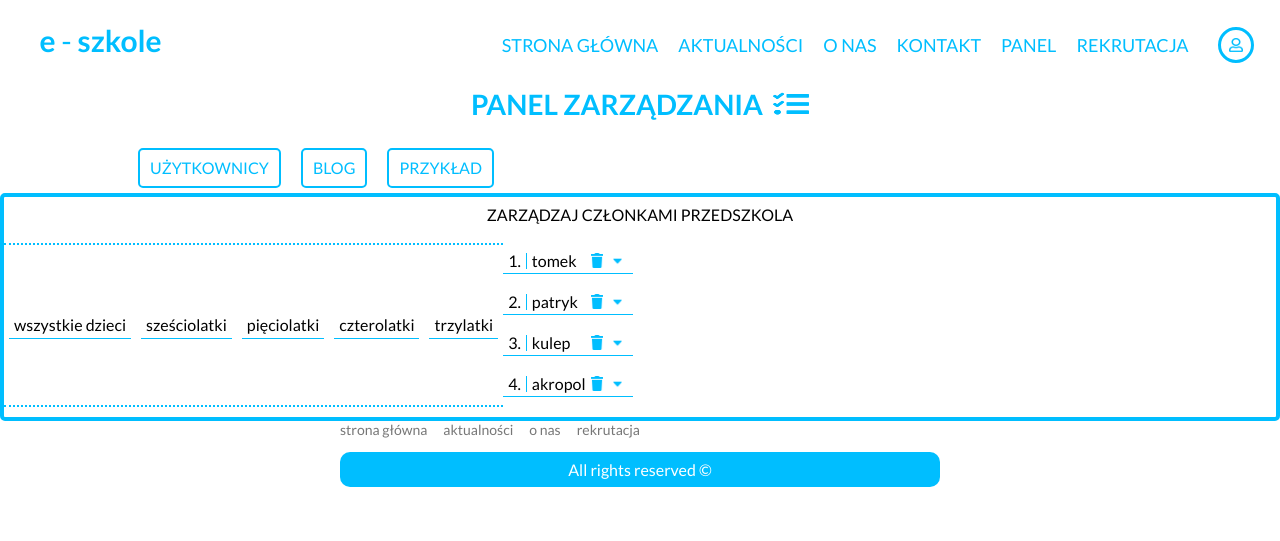
Repository: Votex874/e-szkole
Page: /panel (app in app/)
These files come from the project's save history. The page is drawn as it stood at one moment and after the next save; the edit follows.
The browser window is 1280 px wide. The pictures show the whole page.
The project was rebuilt for these pictures with package versions that can differ from the ones it lists, and the page was loaded fresh each time. Also part of the build but not shown: app/src/components/News/Title/index.js, app/src/components/News/Content/index.js, app/src/components/News/Avatar/index.js, app/src/components/News/Footer/index.js, app/src/components/News/index.js, app/src/components/AboutUs/Content/index.js, app/src/components/AboutUs/index.js, app/src/components/Graduates/ListItem/index.js and 26 more.

Above is the page before, as saved 2019-04-04 09:35:50.

### app/src/index.js
import React from 'react';
import ReactDOM from 'react-dom';
import App from './App';
import * as serviceWorker from './serviceWorker';
import { createStore } from 'redux';
import { Provider } from 'react-redux';
import rootReducer from './reducers/rootReducer'

const store = createStore(rootReducer);

ReactDOM.render(<Provider store={store}><App /></Provider>, document.getElementById('root'));

// If you want your app to work offline and load faster, you can change
// unregister() to register() below. Note this comes with some pitfalls.
// Learn more about service workers: http://bit.ly/CRA-PWA
serviceWorker.unregister();

### app/src/App.js
import React, { Component } from 'react';
import { Route, BrowserRouter, Switch } from 'react-router-dom'
import './reset.scss'

import Home from './containers/Home/index'
import Login from './containers/Login/index'
import Contact from './containers/Contact/index'
import News from './containers/News/index'
import About from './containers/About/index'
import Recruitment from './containers/Recruitment/index'
import Panel from './containers/Panel/index'

class App extends Component {
  render() {
    return (
      <BrowserRouter>
        <Switch>
          <Route exact path='/' component={Home} />
          <Route path='/login' component={Login} />
          <Route path='/kontakt' component={Contact} />
          <Route path='/blog' component={News} />
          <Route path='/o-nas' component={About} />
          <Route path='/rekrutacja' component={Recruitment} />
          <Route path='/panel' component={Panel} />
        </Switch>
      </BrowserRouter>
    );
  }
}

export default App;

### app/src/reset.scss
html, body, div, span, applet, object, iframe,
h1, h2, h3, h4, h5, h6, p, blockquote, pre,
a, abbr, acronym, address, big, cite, code,
del, dfn, em, img, ins, kbd, q, s, samp,
small, strike, strong, sub, sup, tt, var,
b, u, i, center,
dl, dt, dd, ol, ul, li,
fieldset, form, label, legend,
table, caption, tbody, tfoot, thead, tr, th, td,
article, aside, canvas, details, embed,
figure, figcaption, footer, header, hgroup,
menu, nav, output, ruby, section, summary,
time, mark, audio, video {
	margin: 0;
	padding: 0;
	border: 0;
	font-size: 100%;
	font: inherit;
	vertical-align: baseline;
}
/* HTML5 display-role reset for older browsers */
article, aside, details, figcaption, figure,
footer, header, hgroup, menu, nav, section {
	display: block;
}
body {
	line-height: 1;
}
ol, ul {
	list-style: none;
}
blockquote, q {
	quotes: none;
}
blockquote:before, blockquote:after,
q:before, q:after {
	content: '';
	content: none;
}
table {
	border-collapse: collapse;
	border-spacing: 0;
}
@import url('https://fonts.googleapis.com/css?family=Lato:300,300i,400,400i,700&amp;subset=latin-ext');

 body {
	font-family: 'Lato', sans-serif;
 }

 a{
	 text-decoration: none;
 }

### app/src/containers/Panel/index.js
import React, { Component } from 'react'
import styled from 'styled-components'

import HeaderMain from '../../components/HeaderMain/index'
import Footer from '../../components/Footer/index'
import PanelManagement from '../../components/PanelManagement/index'

class Panel extends Component{
  render(){
    return (
      <React.Fragment>
        <HeaderMain />
        <PanelManagement />
        <Footer />
      </React.Fragment>
    )
  }
}

export default Panel

### app/src/components/HeaderMain/index.js
import React, { Component } from 'react';
import styled from 'styled-components'
import Logo from '../Logo/index'
import Navigation from '../Nav/index'
import Hamburger from '../Hamburger/index'

const Header = styled.header`
 max-width: 1400px;
 height: 100px;
 margin: 0 auto;
 display: flex;
 justify-content: space-between;
 align-items: center;
 box-sizing: border-box;
 margin-top: 15px;
 @media (max-width: 1400px){
   width: 96%;
   height: 50px;
   align-items: center;
 }
`

class HeaderMain extends Component {
  constructor(props){
    super(props)

    this.state = {
      width: 0
    }
  }

  componentDidMount = () => {
    this.updateWindowDimensions();
    window.addEventListener('resize', this.updateWindowDimensions);
  }

  componentWillUnmount = () => {
    window.removeEventListener('resize', this.updateWindowDimensions);
  }

  updateWindowDimensions = () => {
    this.setState({ width: window.innerWidth });
  }

  render() {
    const { width } = this.state;
    return (
      <Header>
        <Logo />
        { width <= 767 ? <Hamburger /> : <Navigation /> }
      </Header>
    );
  }
}

export default HeaderMain;

### app/src/components/Footer/index.js
import React, { Component } from 'react'
import styled from 'styled-components'
import FooterNav from './FooterNav/index'
import { lightBlue } from '../../constColors'

const FooterContainer = styled.footer`
  width: 600px;
  margin: 0 auto;
  @media (max-width: 767px){
    width: 100%;
  }
`

const FooterBanner = styled.div`
  background-color: ${lightBlue};
  display: flex;
  justify-content: center;
  align-items: center;
  color: #fff;
  margin: 15px auto;
  height: 35px;
  border-radius: 10px;
  @media (max-width: 767px){
    width: 100%;
    border-radius: 0;
  }
`

class Footer extends Component {
  render(){
    return (
      <FooterContainer>
        <FooterNav />
        <FooterBanner>All rights reserved &copy; </FooterBanner>
      </FooterContainer>
    )
  }
}


export default Footer

### app/src/components/PanelManagement/index.js
import React, { Component } from 'react'

import PanelOptions from '../PanelOptions/index'

class PanelManagement extends Component {
  render(){
    return (
      <React.Fragment>
        <PanelOptions />
      </React.Fragment>
    )
  }
}

export default PanelManagement

### app/src/components/Logo/index.js
import React, { Component } from 'react';
import styled from 'styled-components'
import { shineOnHover, lightBlue } from '../../constColors'
import { Link } from 'react-router-dom'

const Alink = styled.span`
  display: flex;
  flex-direction: column;
  justify-content: center;
  align-items: center;
  width: 225px;
  padding: 0 10px;
  text-decoration: none;
  font-size: 50px;
  @media (max-width: 767px) {
    width: 150px;
    height: auto;
    font-size: 28px;
    align-items: flex-start;
    justify-content: flex-start;
    padding: 0;
  }
  @media (min-width: 768px) and (max-width: 1400px) {
    width: 150px;
    font-size: 30px;
    padding: 0;
  }
  @media (min-width: 1401px){
    ${shineOnHover}
  }
`
const Span = styled.h1`
  color: ${lightBlue};
  transition: .2s;
`
const Bold = styled.b`
  font-weight: bold;
`

class Logo extends Component {
  constructor(props){
    super(props)

    this.state = {
      logoLink: '/'
    }
  }
  render() {
    const { logoLink } = this.state;
    return (
      <Link to={logoLink}>
        <Alink>
          <Span id='logo' className="logo2"><Bold>e</Bold> - <Bold>szkole</Bold></Span>
        </Alink>
      </Link>
    );
  }
}

export default Logo;

### app/src/components/Nav/index.js
import React, { Component } from 'react';
import { connect } from 'react-redux'
import styled from 'styled-components'
import SingleLink from './Link/index'
import LoginButton from './../LoginButton/index';


const Nav = styled.nav`
  display: flex;
  margin: 10px 20px 0 auto;
  @media (max-width: 767px){
    flex-direction: column;
    margin: 120px 0 0 0;
  }
`

class Navigation extends Component {

  render() {
    const { links } = this.props;
    let listOfLinks = [];
    let i = 0;
    for (const key of Object.keys(links)) {
      // console.log(key, links[key]);
      listOfLinks[i] = <SingleLink data={links[key]} key={key} />
      i++;
    }
    return (
      <React.Fragment>
        <Nav>
          {listOfLinks}
        </Nav>
        <LoginButton />
      </React.Fragment>
    );
  }
}

const mapStateToProps = (state) => {
  return {
    links: state.links
  }
}

export default connect(mapStateToProps)(Navigation);

### app/src/components/Hamburger/index.js
import React, { Component } from 'react';
import styled from 'styled-components'
import hamburgerImg from '../../images/icons/hamburger.png'
import times from '../../images/icons/times.png'
import Navigation from '../Nav/index'

const Hamburger = styled.div`
  width: 40px;
  height: 40px;
`

const HamburgerImg = styled.img`
  width: 100%;
  height: 100%;
  opacity: 1;
  transition: .4s;
  position: relative;
  z-index: 10;
`

const MobileContainer = styled.div`
  position: absolute;
  display: flex;
  flex-direction: column-reverse;
  top: 0;
  left: 0;
  width: 100vw;
  height: 100vh;
  background-color: #fff;
  opacity: .9;
  z-index: 1;
  transition: .3s;
`

class Hambuger extends Component {
  constructor(props){
    super(props)

    this.body = document.querySelector('body');

    this.state = {
      imgAlt: 'hamburgerMenuIcon',
      imgSrc: hamburgerImg,
      fade: 1,
      displayMobile: 'none'
    }
  }

  handleHamburger = () => {
    const { imgSrc } = this.state;
    setTimeout( () => {
      if (imgSrc !== hamburgerImg) {
        this.body.style.overflow = "auto";
        this.setState({
          imgSrc: hamburgerImg,
          displayMobile: 'none',
          fade: 1
        })
      } else {
        this.body.style.overflow = "hidden";
        this.setState({
          imgSrc: times,
          displayMobile: 'block',
          fade: 1
        })
      }
    }, 400)
    this.setState({
      fade: 0
    })
  }

  render() {
    const { imgAlt, imgSrc, fade, displayMobile } = this.state
    return (
      <Hamburger>
        <HamburgerImg style={{opacity: fade}} src={imgSrc} alt={imgAlt} onClick={this.handleHamburger}/>
        <MobileContainer style={{display: displayMobile}}>
          <Navigation />
        </MobileContainer>
      </Hamburger>
    );
  }
}


export default Hambuger;

### app/src/components/SectionTitle/index.js
import React from 'react'
import styled from 'styled-components'
import { lightBlue } from '../../constColors'

const HeaderTitle = styled.h2`
  color: ${lightBlue};
  font-size: 32px;
  text-transform: uppercase;
  font-weight: bold;
  text-align: center;
  @media (max-width: 767px){
    font-size: 22px;
  }
  @media (min-width: 768px) and (max-width: 1400px){
    font-size: 28px;
  }
`
const HeaderImg = styled.img`
  width: 40px;
  height: 30px;
  margin-left: 10px;
  @media(max-width: 767px){
    width: 30px;
    height: 20px;
  }
  @media (min-width: 768px) and (max-width: 1400px){
    width: 36px;
    height: 26px;
  }
`

const Header = styled.header`
  display: flex;
  justify-content: center;
  align-items: center;
  width: 90%;
  margin: 25px auto;
`

const SectionTitle = ({ title, img }) => {
  return (
    <Header>
      <HeaderTitle>{title}</HeaderTitle>
      <HeaderImg src={img} alt="ikona zespolu"/>
    </Header>
  )
}


export default SectionTitle;

### app/src/components/Footer/FooterNav/index.js
import React, { Component } from 'react'
import styled from 'styled-components'
import NavLink from './NavLink/index'
import { connect } from 'react-redux'

const NavContainer = styled.nav`
  display: flex;
  justify-content: space-between;
  width: 50%;
  @media (max-width: 767px){
    width: 90%;
    margin: 0 auto;
  }
`

class FooterNav extends Component {
  constructor(props){
    super(props)

    this.state = {
      nav: []
    }
  }
  componentDidMount = () => {
    const { links } = this.props
    let listOfNavs = [];
    let i = 0;
    for (const key of Object.keys(links)) {
      if(links[key].basic === 'true'){
        listOfNavs[i] =
          <NavLink name={links[key].name} url={links[key].url} key={key} />
        i++;
      }
    }
    this.setState({
      nav: listOfNavs
    })
  }

  render(){
    const { nav } = this.state;
    return(
      <NavContainer>
        {nav}
      </NavContainer>
    )
  }
}

const mapStateToProps = (state) => {
  return {
    links: state.links
  }
}

export default connect(mapStateToProps)(FooterNav);

### app/src/constColors.js
const brown = '#BF5000';
const greenDark = '#008723';
const greenLight = '#34BD56';
const lightBlue = '#00BEFF';
const turquoise = '#fff';
const darkBlue = '#0057AE';

const shineOnHover = `
position: relative;
    overflow: hidden;
    display: inline-block;
    border-radius: 5px;
    text-align: center;
    line-height: 50px;

  &:after {
    content: "";
    position: absolute;
    top: -110%;
    left: -210%;
    width: 200%;
    height: 200%;
    opacity: 0;
    /* transform: rotate(30deg); */

    background: rgba(0, 190, 255, 0.13);
    background: linear-gradient(
      to right,
      rgba(0, 190, 255, 0.13) 0%,
      rgba(0, 190, 255, 0.13) 77%,
      rgba(0, 190, 255, 0.5) 92%,
      rgba(0, 190, 255, 0.0) 100%
    );
  }

  &:hover:after {
    opacity: 1;
    top: -30%;
    left: -30%;
    transition-property: left, top, opacity;
    transition-duration: 0.7s, 0.7s, 0.15s;
    transition-timing-function: ease;
  }


  &:active:after {
    opacity: 0;
  }
`

export { brown, greenLight, greenDark, lightBlue, shineOnHover, turquoise, darkBlue }

### app/src/components/PanelOptions/index.js
import React, { Component } from 'react'
import styled from 'styled-components'

import PanelItem from './PanelItem/index'
import SectionTitle from '../SectionTitle'
import TaskImg from '../../images/icons/tasks.png'
import Users from './Users/index'
import { lightBlue } from '../../constColors';

const OptionsList = styled.ul`
  width: 1200px;
  margin: 0 auto;
  display: flex;
  justify-content: flex-start;
  align-items: center;
  flex-wrap: wrap;
  @media (max-width: 767px){
    width: 90%;
  }
  @media (min-width: 768px) and (max-width: 1400px){
    width: 80%;
  }
`

const ChoosenOption = styled.div`
  border: 4px solid ${lightBlue};
  border-radius: 5px;
  margin: 0 auto;
  @media(max-width: 767px){
    width: 90%;
  }
`

class PanelOptions extends Component{
  constructor(props){
    super(props)

    this.state = {
      list: ['użytkownicy', 'blog', 'przykład'],
      users: <Users />
    }
  }

  handleClick = (id) => {
    console.log(id, 'id')
  }

  render(){
    return (
      <React.Fragment>
        <SectionTitle title="Panel Zarządzania" img={TaskImg} />
        <OptionsList>
          {this.state.list.map((e,i) => {
            return <PanelItem id={i} handleClick={this.handleClick} key={i} content={e} />
          })}
        </OptionsList>
        <ChoosenOption>
          {this.state.users}
        </ChoosenOption>
      </React.Fragment>
    )
  }
}

export default PanelOptions

### app/src/components/Nav/Link/index.js
import React from 'react';
import styled from 'styled-components'
import { shineOnHover, lightBlue } from '../../../constColors'
import { Link } from 'react-router-dom'

const Alink = styled.span`
  text-decoration: none;
  color: ${lightBlue};
  margin: 10px 0;
  padding: 0 12px;
  font-size: 20px;
  text-transform: uppercase;
  text-align: center;

  @media (max-width: 767px){
    font-size: 24px;
    display: flex;
    justify-content: center;
    align-items: center;
  }
  @media (min-width: 768px) and (max-width: 1050px){
    font-size: 14px;
    margin: 10px 0;
    padding: 4px;
  }
  @media (min-width: 1051px) and (max-width: 1400px){
    font-size: 18px;
    margin: 10px 0;
    padding: 0 10px;
  }
  @media (min-width: 1401px){
    ${shineOnHover}
}
`

const SingleLink = ({ data }) => {
  const handleClick = () => {
    document.querySelector('body').style.overflow = "auto";
  }
  return (
    <Link onClick={handleClick} to={data.url}>
      <Alink>
        {data.name}
      </Alink>
    </Link>
  )
}

export default SingleLink;

### app/src/components/LoginButton/index.js
import React, { Component } from 'react';
import styled from 'styled-components'
import imgUser from '../../images/icons/loginUser.png'
import { shineOnHover, lightBlue } from '../../constColors'
import { Link } from 'react-router-dom'

const ButtonAlink = styled.span`
  width: 160px;
  height: 30px;
  font-size: 14px;
  text-transform: uppercase;
  font-weight: bold;
  text-decoration: none;
  display: flex;
  justify-content: center;
  align-items: center;
  border-radius: 20px;
  border: 3px solid ${lightBlue};
  margin-top: 10px;
  @media (max-width: 767px){
    position: absolute;
    top: 15px;
    left: 10px;
    width: 220px;
    height: 40px;
    font-size: 24px;
  }
  @media (min-width: 768px) and (max-width: 1400px){
    width: 30px;
  }
  @media (min-width: 1401px){
    ${shineOnHover}
    border-radius: 20px;
    line-height: normal;
    display: flex;
  }
`

const IconImg = styled.img`
  background-position: center;
  background-size: cover;
  background-repeat: no-repeat;
  margin-left: 15px;
  width: 14px;
  height: 14px;
  @media (max-width: 767px){
    width: 26px;
    height: 26px;
  }
  @media (min-width: 768px) and (max-width: 1400px){
    margin-left: 0;
  }
`
const SpanText = styled.span`
  color: ${lightBlue};
  @media (min-width: 768px) and (max-width: 1400px){
    display: none;
  }
`

class LoginButton extends Component {
  constructor(props){
    super(props)

    this.state = {
      loginLink: '/login'
    }
  }

  handleEnableScroll = () => {
    document.querySelector('body').style.overflow = "auto";
  }

  render() {
    const { loginLink } = this.state;
    return (
      <Link onClick={this.handleEnableScroll} to={loginLink} >
        <ButtonAlink>
          <SpanText>zaloguj się</SpanText>
          <IconImg src={imgUser} />
        </ButtonAlink>
      </Link>
    );
  }
}

export default LoginButton;

### app/src/components/Footer/FooterNav/NavLink/index.js
import React from 'react'
import styled from 'styled-components'
import { Link } from 'react-router-dom'

const Alink = styled.span`
  text-decoration: none;
  font-size: 14px;
  color: #777;
  @media (max-width: 767px){
    font-size: 12px;
  }
  @media (min-width: 768px) and (max-width: 1400px){
    font-size: 14px;
  }
`


const NavLink = ({ name, url }) => {
  return (
    <Link to={url}>
      <Alink>{name}</Alink>
    </Link>
  )
}

export default NavLink

### app/src/components/PanelOptions/PanelItem/index.js
import React, { Component } from 'react'
import styled from 'styled-components'

import { lightBlue } from '../../../constColors'

const SingleItem = styled.li`
  color: ${lightBlue};
  text-transform: uppercase;
  margin: 5px 10px;
  padding: 10px;
  border: 2px solid ${lightBlue};
  border-radius: 5px;
  @media (max-width: 767px){
    font-size: 12px;
    padding: 5px;
  }
  @media(min-width: 1400px){
    &:hover{
      color: #fff;
      background-color: ${lightBlue};
    }
  }
`

class PanelItem extends Component{

  handleClick = (id) => {
    if (typeof this.props.handleClick === 'function'){
      this.props.handleClick(id)
    }
  }

  render(){
    const { content, id } = this.props
    return (
      <React.Fragment>
        <SingleItem onClick={() => this.handleClick(id)}>{content}</SingleItem>
      </React.Fragment>
    )
  }
}

export default PanelItem

### app/src/components/PanelOptions/Users/index.js
import React, { Component } from 'react'
import styled from 'styled-components'
import { lightBlue } from '../../../constColors';

import SidebarMenuItem from '../Item/index'
import ArrowHide from '../../../images/icons/arrow-hide.png'
import ArrowShow from '../../../images/icons/arrow-show.png'
import Trash from '../../../images/icons/trash.png'

const Title = styled.h2`
  text-transform: uppercase;
  font-size: 120%;
  margin: 10px 0 10px 0;
  @media(max-width: 767px){
    font-size: 90%;
    text-align: center;
  }
  @media (min-width: 768px) and (max-width: 1399px){
    font-size: 100%;
    text-align: center;
  }

`

const UsersList = styled.ul`

`

const UserItem = styled.li`
  border-bottom: 1px solid ${lightBlue};
  padding-bottom: 4px;
  margin: 10px 0;
  display: flex;
  flex-direction: column;
  @media (min-width: 768px) and (max-width: 1399px){
    margin: 20px 0;
  }
`

const Icons = styled.div`
  cursor: pointer;
  @media (max-width: 767px){
    width: 12px;
    height: 15px;
    display: flex;
    margin: 0 35px 0 auto;
  }
  @media (min-width: 768px) and (max-width: 1399px){
    width: 12px;
    height: 15px;
    display: flex;
    margin: 0 35px 0 auto;
  }
`

const Img = styled.img`
  width: 100%;
  height: 100%;
  margin: 0 5px;
`

const Id = styled.p`
  border-right: 1px solid ${lightBlue};
  padding: 0 5px;
  margin-right: 5px;
`

const MoreInfo = styled.p`
	height: 0px;
  visibility: hidden;
  transition: .5s;
  width: 0px;
`

const ContainerUserInfo = styled.div`
  display: flex;
`
const MainContainer = styled.div`
  display: flex;
  flex-direction: row;
  @media (max-width: 767px){
    flex-direction: column;
  }
  @media (min-width: 768px) and (max-width: 1399px){

  }
`

const UserName = styled.span`
`

const SidebarMenu = styled.div`
  display: flex;
  justify-content: center;
  align-items: center;
  flex-wrap: wrap;
  margin: 10px 0;
  @media (max-width: 767px){
    border-top: 2px dotted ${lightBlue};
    border-bottom: 2px dotted ${lightBlue};
    padding: 10px 0;
  }
  @media (min-width: 768px) and (max-width: 1399px){
    border-top: 2px dotted ${lightBlue};
    border-bottom: 2px dotted ${lightBlue};
    padding: 20px 0;
  }
`

class Users extends Component{
  constructor(props){
    super(props)

    this.state = {
      sidebarItems: ['wszystkie dzieci', 'sześciolatki', 'pięciolatki', 'czterolatki', 'trzylatki'],
      users: ['tomek', 'patryk', 'kulep', 'akropol'],
      usersArray: []
    }
  }

  componentDidMount = () => {
    const { users } = this.state
    const usersList = users.map((e, i) => {
      return (
        <UserItem key={i}>
          <ContainerUserInfo>
            <Id>{i + 1}.</Id>
            <UserName>{e}</UserName>
            <Icons><Img src={Trash} /> <Img onClick={() => this.handleShowMoreInfo(i, e)} src={ArrowShow} /></Icons>
          </ContainerUserInfo>
          <MoreInfo>3213213</MoreInfo>
        </UserItem>
      )
    })
    this.setState({
      usersArray: usersList
    })
  }

  handleShowMoreInfo = (id, name) => {
    const { usersArray } = this.state
    const arrayHandler = [...usersArray];

    arrayHandler[id] = <UserItem key={id}>
      <ContainerUserInfo>
        <Id>{id + 1}.</Id>
        <UserName>{name}</UserName>
        <Icons><Img src={Trash} /> <Img onClick={() => this.handleHideMoreInfo(id, name)} src={ArrowHide} /></Icons>
      </ContainerUserInfo>
      <MoreInfo>3213213</MoreInfo>
    </UserItem>

    this.setState({
      usersArray: arrayHandler
    })

    const styleSlideUp = {
      height: 200,
      visibility: "visible",
      width: 'auto'
    }

    setTimeout(() => {
      arrayHandler[id] = <UserItem key={id}>
        <ContainerUserInfo>
          <Id>{id + 1}.</Id>
          <UserName>{name}</UserName>
          <Icons><Img src={Trash} /> <Img onClick={() => this.handleHideMoreInfo(id, name)} src={ArrowHide} /></Icons>
        </ContainerUserInfo>
        <MoreInfo style={ styleSlideUp }>3213213</MoreInfo>
      </UserItem>
      this.setState({
        usersArray: arrayHandler
      })
    }, 100)
  }

  handleHideMoreInfo = (id, name) => {
    const { usersArray } = this.state
    const arrayHandler = [...usersArray];

    arrayHandler[id] = <UserItem key={id}>
      <ContainerUserInfo>
        <Id>{id + 1}.</Id>
        <UserName>{name}</UserName>
        <Icons><Img src={Trash} /> <Img onClick={() => this.handleShowMoreInfo(id, name)} src={ArrowShow} /></Icons>
      </ContainerUserInfo>
      <MoreInfo>3213213</MoreInfo>
    </UserItem>

    this.setState({
      usersArray: arrayHandler
    })
  }

  render(){
    const { sidebarItems, usersArray } = this.state
    return (
      <React.Fragment>
        <Title>Zarządzaj członkami przedszkola</Title>
        <MainContainer>
          <SidebarMenu>
            {sidebarItems.map((e, i) => {
              return <SidebarMenuItem key={i} content={e} />
            })}
          </SidebarMenu>
          <UsersList>
            {usersArray}
          </UsersList>
        </MainContainer>
      </React.Fragment>
    )
  }
}

export default Users

### app/src/components/PanelOptions/Item/index.js
import React from 'react'
import styled from 'styled-components'
import { lightBlue } from '../../../constColors'

const Item = styled.p`
  padding: 5px;
  border-bottom: 1px solid ${lightBlue};
  margin: 0 5px;
`

const SidebarMenuItem = ({ content }) => {
  return (
    <Item>{content}</Item>
  )
}

export default SidebarMenuItem

Loaded but not shown: app/public/index.html (common file); app/src/serviceWorker.js (common file); app/src/reducers/rootReducer.js (169 lines, source omitted)

After the next save:
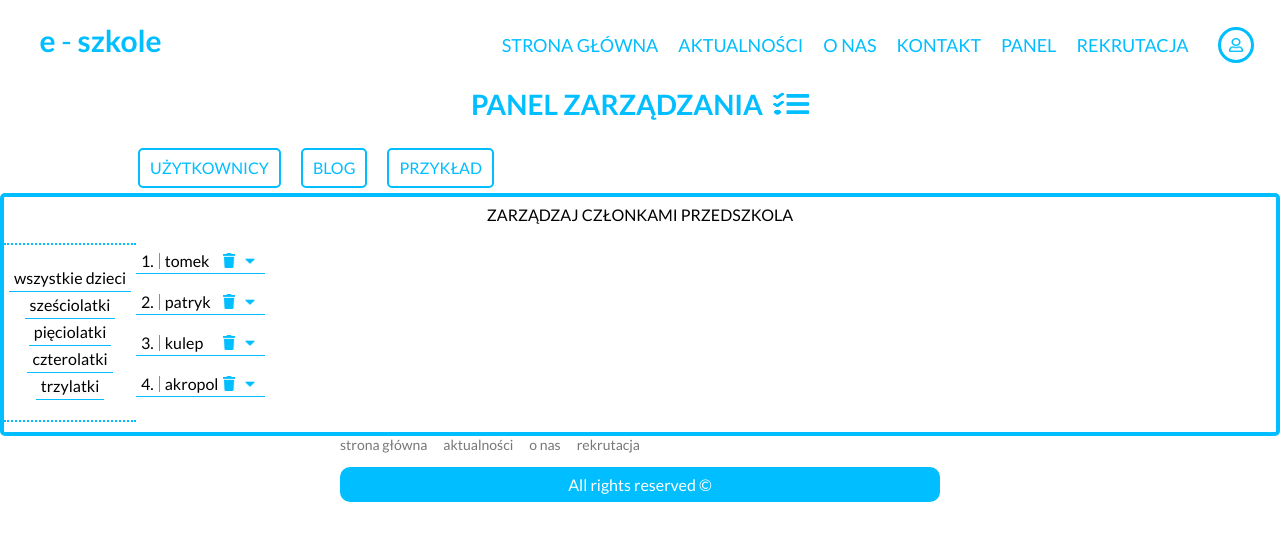
Saved 38 s later.
--- a/app/src/components/PanelOptions/Users/index.js
+++ b/app/src/components/PanelOptions/Users/index.js
@@ -95,10 +95,12 @@ const SidebarMenu = styled.div`
   align-items: center;
   flex-wrap: wrap;
   margin: 10px 0;
+  flex-direction: column;
   @media (max-width: 767px){
     border-top: 2px dotted ${lightBlue};
     border-bottom: 2px dotted ${lightBlue};
     padding: 10px 0;
+    flex-direction: row;
   }
   @media (min-width: 768px) and (max-width: 1399px){
     border-top: 2px dotted ${lightBlue};
